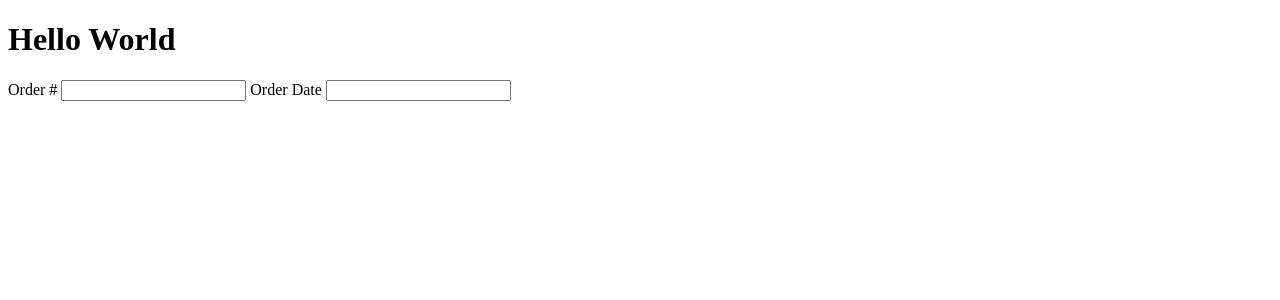
Repository: pmbyrd/rgp-catering
Page: index.html
An editor plug-in stored every save of this project. The page is shown before and after a run of saves, followed by the edit.
The browser window is 1280 px wide. The pictures show the whole page.

Above is the page before, as saved 2023-12-04 17:07:50.

After the next 7 saves:
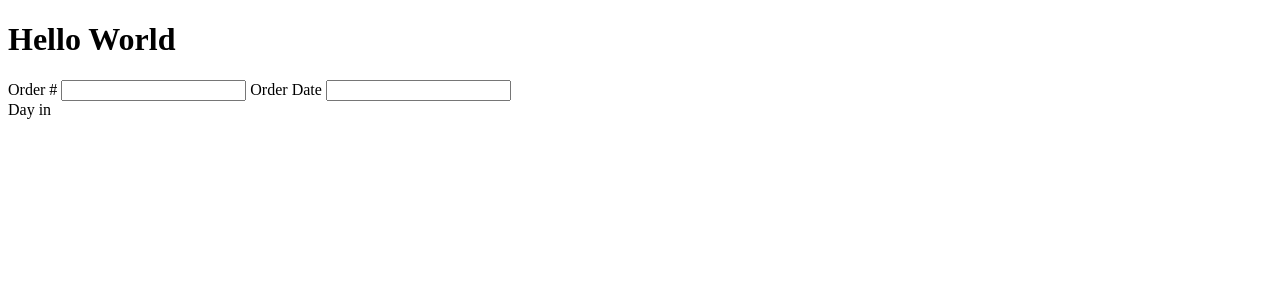
The 7 saves are shown as one change because they came seconds apart.
The last was saved 20 s later.
--- a/index.html
+++ b/index.html
@@ -18,7 +18,8 @@
                 <input type="text" id="order-date">
             </div>
             <div class="details-info">
-                <label for=""></label>
+                <label for="order-day">Day</label>
+                in
             </div>
         </div>
     </form>
